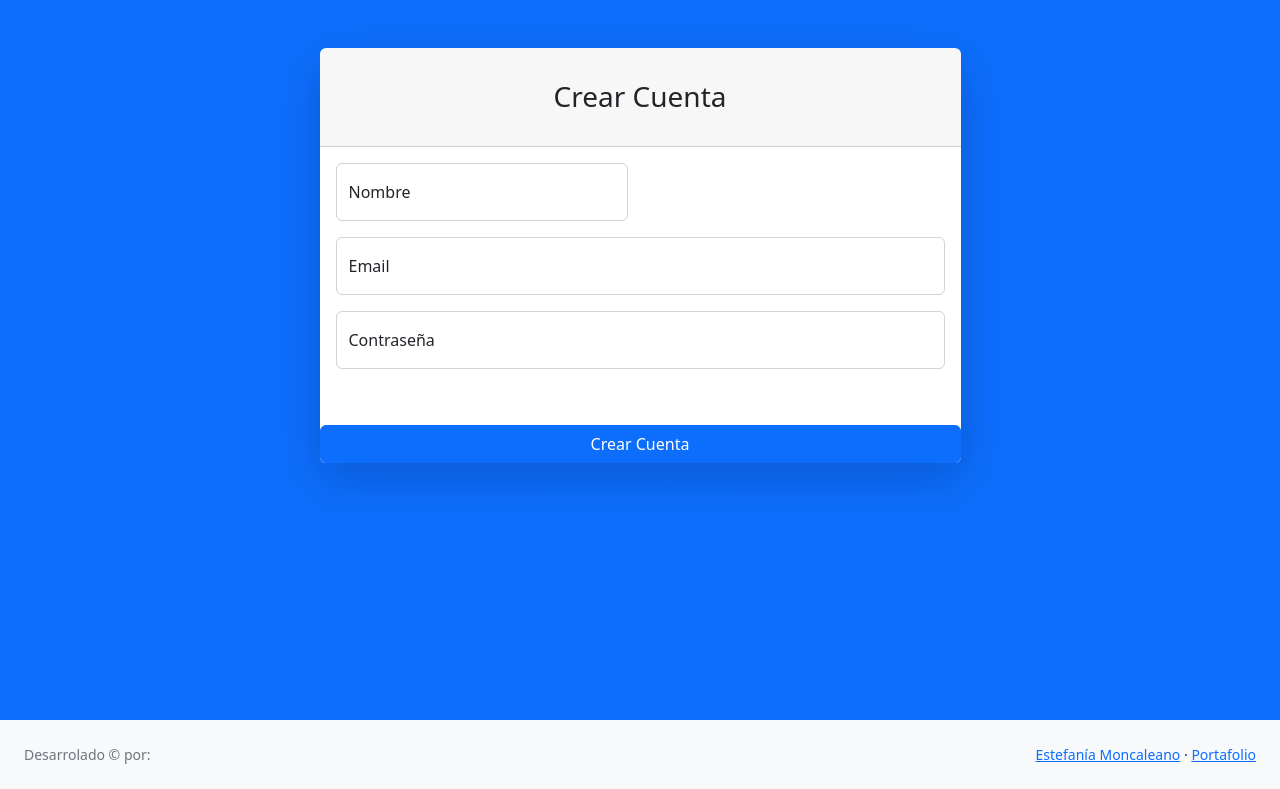
Repository: EstefaMH/Dashboard
Page: register.html
An editor plug-in stored every save of this project. The page is shown before and after a run of saves, followed by the edit.
The browser window is 1280 px wide. The pictures show the whole page.
Some web libraries are served in a nearby version.

Above is the page before, as saved 2023-12-29 02:42:50.

After the next 2 saves:
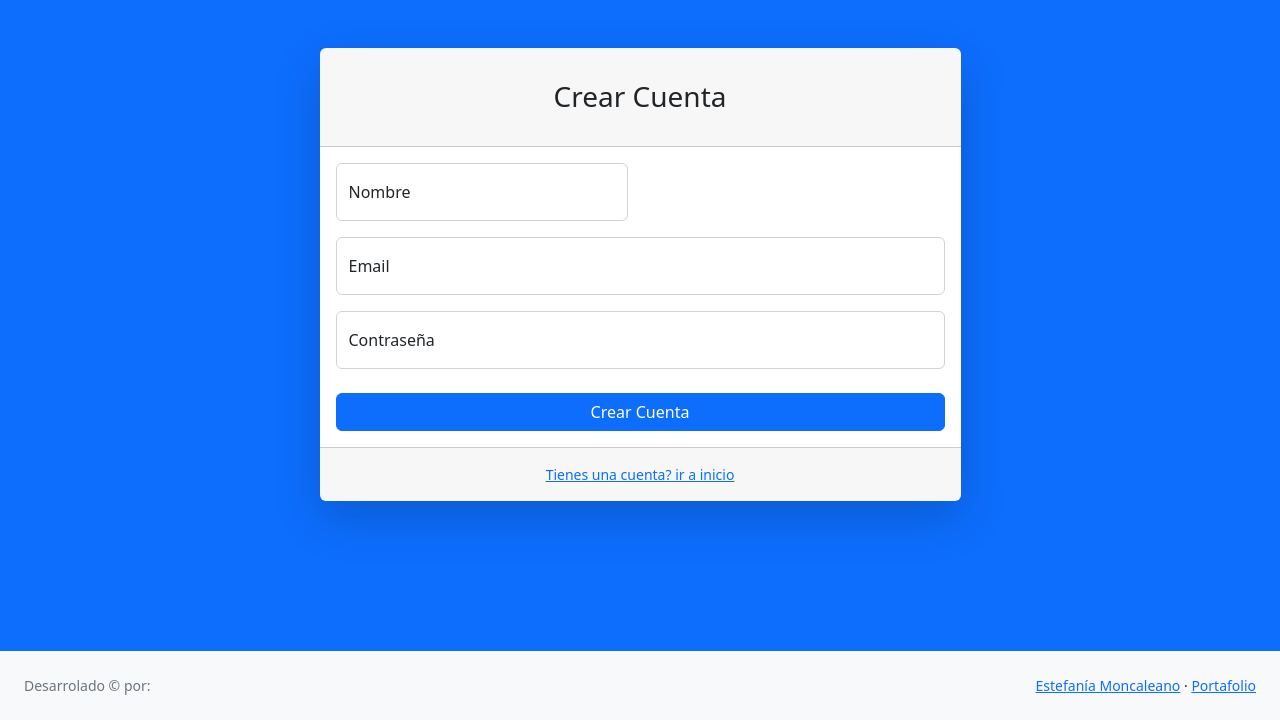
The 2 saves are shown as one change because they came seconds apart.
The last was saved 7 s later.
--- a/register.html
+++ b/register.html
@@ -44,14 +44,14 @@
                                         </div>
 
 
-                                            <div class="form-floating mb-3 ">
-                                                <input name="password" class="form-control" id="inputPassword"
-                                                    type="password" placeholder="Create a password" />
-                                                <label for="inputPassword">Contraseña</label>
-                                            </div>
+                                        <div class="form-floating mb-3 ">
+                                            <input name="password" class="form-control" id="inputPassword"
+                                                type="password" placeholder="Create a password" />
+                                            <label for="inputPassword">Contraseña</label>
+                                        </div>
 
 
-                                        </div>
+
                                         <div class="mt-4 mb-0">
                                             <div class="d-grid">
                                                 <button class="btn btn-primary btn-block">Crear
